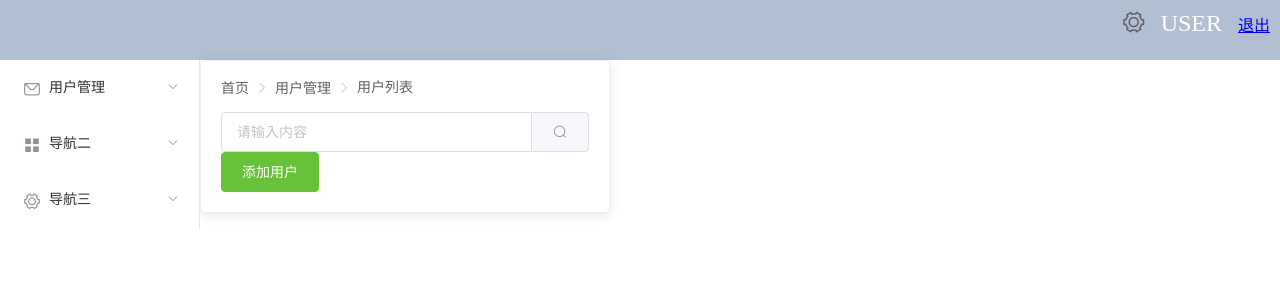
Repository: euphor1azzy/testlist
Page: /#/users (app in list/)
The author's editor kept a copy of each file at every save. The page is drawn from the files as they stood at one save, then again after the next save.
The browser window is 1280 px wide. The pictures show the whole page.
The project was rebuilt for these pictures with package versions that can differ from the ones it lists, and the page was loaded fresh each time. Also part of the build but not shown: list/src/views/login/login.vue.

Above is the page before, as saved 2020-08-25 17:29:44.

After the next save:
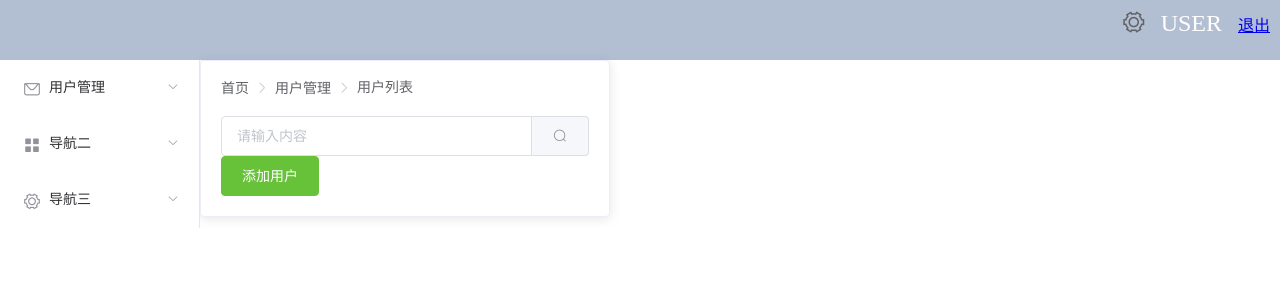
Saved 110 s later.
--- a/list/src/components/users/users.vue
+++ b/list/src/components/users/users.vue
@@ -10,7 +10,7 @@
     </el-breadcrumb>
 
     <!-- 搜索 -->
-    <el-row>
+    <el-row class="searchC">
         <el-col>
 
                      <el-input
@@ -41,7 +41,9 @@ export default {
     height: 100%;
 }
 .inputSearch{
-    padding-top: 16px;
     width: 300px;
 }
+.searchC{
+    margin-top: 20px;
+}
 </style>
